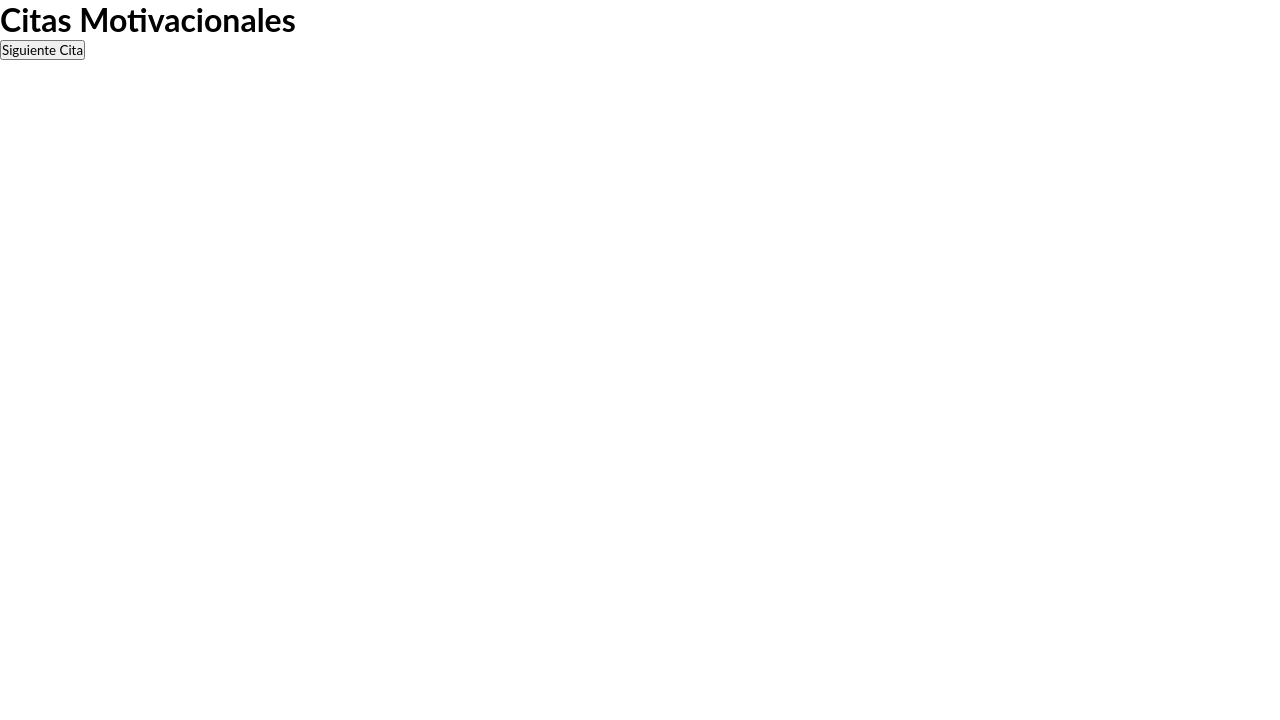
Repository: JoyMoGas/javascript-learn
Page: citas-aleatorias/index.html
An editor plug-in stored every save of this project. The page is shown before and after the next save, followed by the edit.
The browser window is 1280 px wide. The pictures show the whole page.

Above is the page before, as saved 2024-05-12 17:27:56.

After the next save:
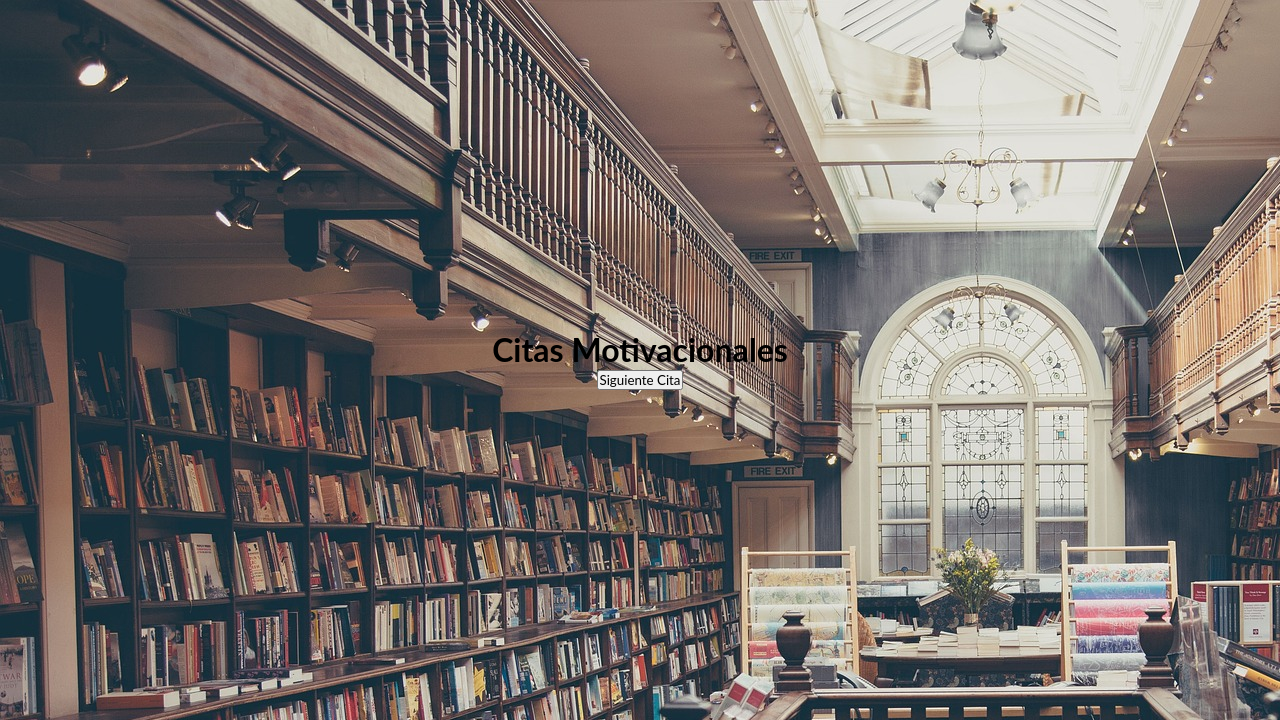
Saved 75 s later.
--- a/citas-aleatorias/styles.css
+++ b/citas-aleatorias/styles.css
@@ -6,3 +6,12 @@
   box-sizing: border-box;
   font-family: 'Lato', sans-serif;
 }
+
+body {
+  display: flex;
+  justify-content: center;
+  align-items: center;
+  height: 100vh;
+  text-align: center;
+  background: url(images/biblioteca.jpg) no-repeat;
+}
